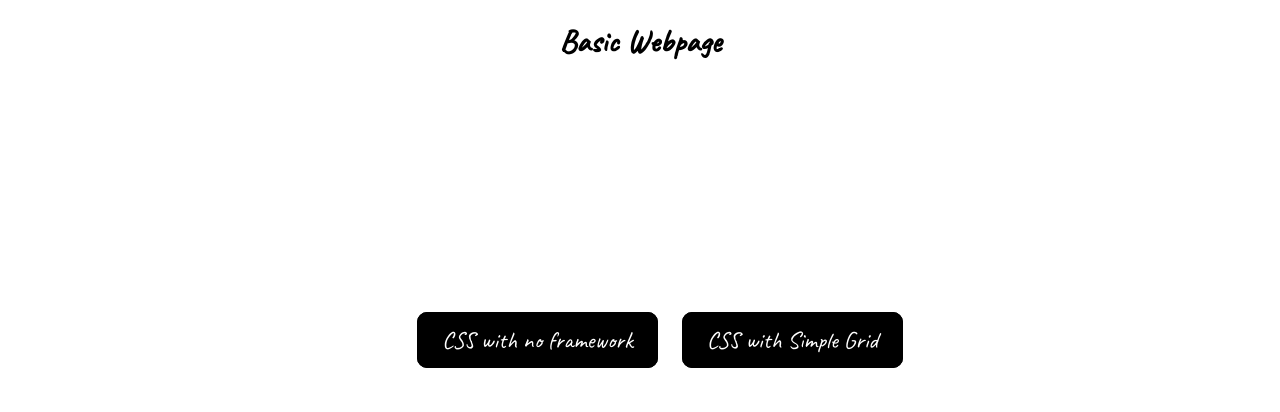
Repository: lasity34/basic-webpage
Page: index.html
The author's editor kept a copy of each file at every save. The page is drawn from the files as they stood at one save, then again after the next save.
The browser window is 1280 px wide. The pictures show the whole page.

Above is the page before, as saved 2023-03-06 19:00:09.

After the next save:
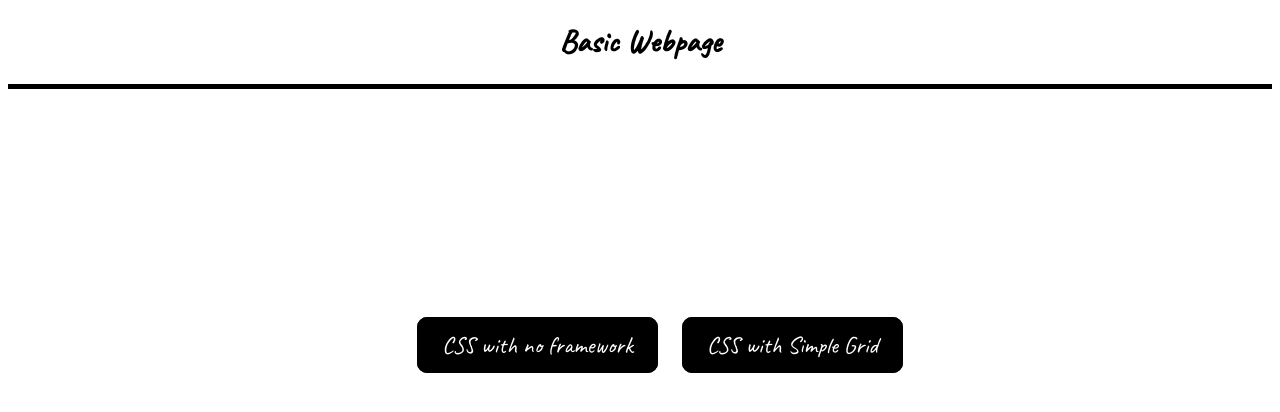
Saved 46 s later.
--- a/styles.css
+++ b/styles.css
@@ -139,6 +139,10 @@ th {
   text-align: center;
 }
 
+header {
+  border-bottom: 5px solid black;
+}
+
 nav {
   height: 80vh;
 
